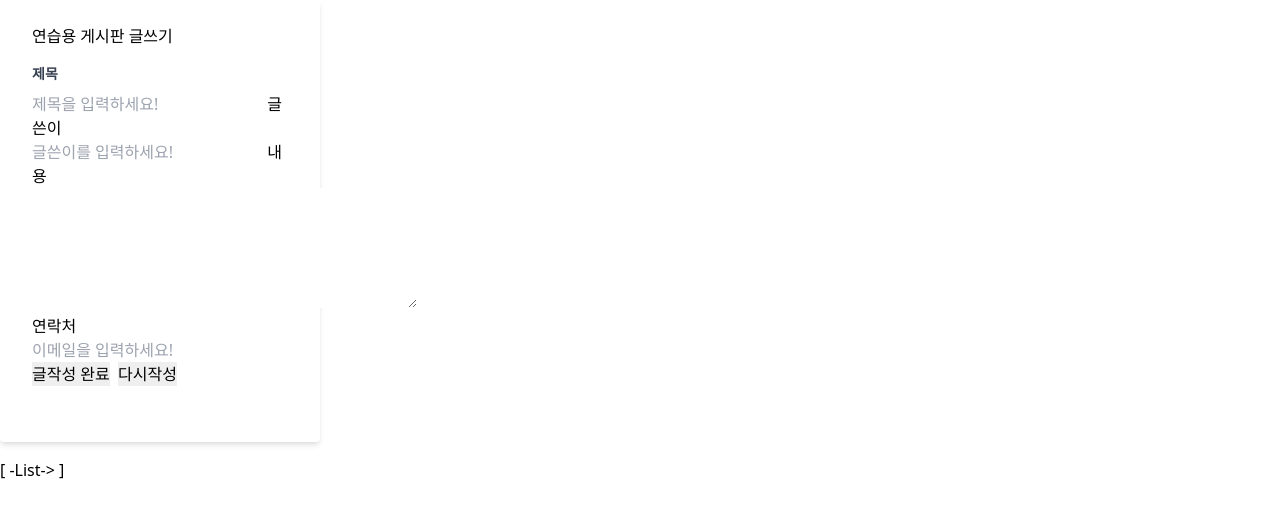
Repository: k0603156/JAVA
Page: http://localhost/StartBoard/test.do?myName=Kimyongkuk
These files come from the project's save history. The page is drawn as it stood at one moment and after the next save; the edit follows.
The browser window is 1280 px wide. The pictures show the whole page.
The page is served by Tomcat 9. Other server files are loaded and not shown.

Above is the page before, as saved 2020-03-12 08:01:31.

### SERVLET/workspace/StartBoard/WebContent/index.jsp
<%@ page language="java" contentType="text/html; charset=UTF-8"
	pageEncoding="UTF-8"%>
<!DOCTYPE html>
<html>
<head>
<meta charset="UTF-8">
<title>Insert title here</title>
</head>
<link href="https://unpkg.com/tailwindcss@^1.0/dist/tailwind.min.css" rel="stylesheet">
<body>
	<!-- <h1>Index.jsp</h1>
	<h1><a href="http://www.naver.com">Naver.com</a></h1>
	<h1><a href="./test.do?myName=Kimyongkuk">이름을 알려주세요~!~!</a></h1> -->
<div class="w-full max-w-xs">
	<form action="./writeSave.do" method="post" class="bg-white shadow-md rounded px-8 pt-6 pb-8 mb-4">
	 <div class="mb-4">
		<td colspan="2" style="text-align: center;">연습용 게시판 글쓰기</td>
	 </div>
	<div class="mb-6">
		<label class="block text-gray-700 text-sm font-bold mb-2" for="title">제목</label>
			<input type="text" placeholder="제목을 입력하세요!" name="title" required >
		<tr>
			<td>글쓴이</td>
			<td><input type="text" placeholder="글쓴이를 입력하세요!" name="author" required></td>
		</tr>
		<tr>
			<td>내용</td>
			<td><textarea cols="40" rows="5" name="content"></textarea></td>
		</tr>
		<tr>
			<td>연락처</td>
			<td><input type="email" placeholder="이메일을 입력하세요!" name="email"></td>
		</tr>
		<tr>
		<td colspan="2" style="text-align: center;">
			<input type="submit" value="글작성 완료">&nbsp;
			<input type="reset" value="다시작성">
		</td>
	</div>
	</div>
	</form>
	<a href="./list.do">[ -List-> ]</a>
	</div>
</body>
</html>

### SERVLET/workspace/StartBoard/src/ctrl/FrontController.java
package ctrl;

import java.io.IOException;
import java.sql.SQLException;

import javax.servlet.RequestDispatcher;
import javax.servlet.ServletException;
import javax.servlet.http.HttpServlet;
import javax.servlet.http.HttpServletRequest;
import javax.servlet.http.HttpServletResponse;

import org.slf4j.Logger;
import org.slf4j.LoggerFactory;

import service.*;

public class FrontController extends HttpServlet{

	private static final long serialVersionUID = 1L;
	private static Logger log = LoggerFactory.getLogger(FrontController.class);
	public FrontController() {}

	@Override
	protected void service(HttpServletRequest req, HttpServletResponse resp) throws ServletException, IOException {
		String uri = req.getRequestURI();
		log.info("uri : " + uri);

		String contextPath = req.getContextPath();
		log.info("context : " + contextPath);

		String path = uri.substring(contextPath.length());
		log.info("path : " + path);

		String targetPage = "";
		Action action = null;

		if (path.equals("/writeSave.do")) {
			action = new InsertAction();
			try {
				action.execute(req, resp);
			} catch (SQLException e) {
				e.printStackTrace();
			}

			targetPage = "list.do";

		}else if(path.equals("/list.do")) {
			action = new ListAction();
			try {
				action.execute(req, resp);
			} catch (SQLException e) {
				e.printStackTrace();
			}

			targetPage = "/list.jsp";

		}else if (path.equals("/detail.do")) {
			action = new DetailAction();
			try {
				action.execute(req, resp);
			} catch (SQLException e) {
				e.printStackTrace();
			}

			targetPage = "/detail.jsp";

		}else if(path.equals("/modify.do")) {
			action = new DetailAction();
			try {
				action.execute(req, resp);
			} catch (SQLException e) {
				e.printStackTrace();
			}

			targetPage = "/modify.jsp";

		}else if(path.equals("/modifySave.do")) {
			action = new ModifyAction();
			try {
				action.execute(req, resp);
			} catch (SQLException e) {
				e.printStackTrace();
			}

			targetPage = "detail.do";

		}else if(path.equals("/delete.do")) {
			action = new DeleteAction();
			try {
				action.execute(req, resp);
			} catch (SQLException e) {
				e.printStackTrace();
			}

			targetPage = "list.do";

		}

		RequestDispatcher requestDispatcher = req.getRequestDispatcher(targetPage);
		requestDispatcher.forward(req, resp);
	}

	@Override
	protected void doGet(HttpServletRequest req, HttpServletResponse resp) throws ServletException, IOException {
		service(req, resp);
	}

	@Override
	protected void doPost(HttpServletRequest req, HttpServletResponse resp) throws ServletException, IOException {
		service(req, resp);
	}



}

After the next save:
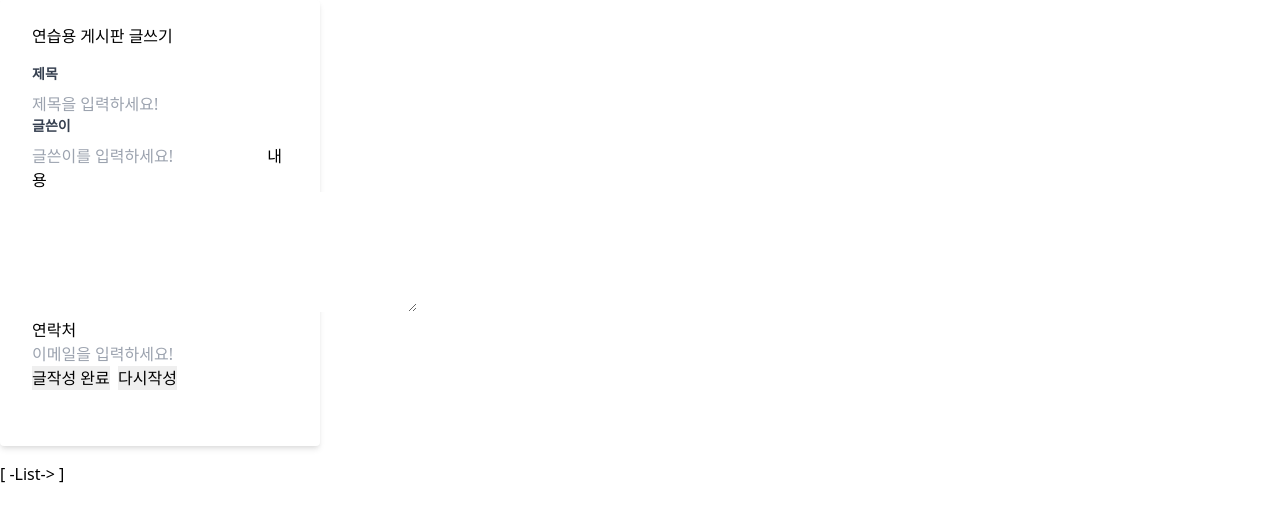
Saved 20 s later.
--- a/SERVLET/workspace/StartBoard/WebContent/index.jsp
+++ b/SERVLET/workspace/StartBoard/WebContent/index.jsp
@@ -20,8 +20,8 @@
 		<label class="block text-gray-700 text-sm font-bold mb-2" for="title">제목</label>
 			<input type="text" placeholder="제목을 입력하세요!" name="title" required >
 		<tr>
-			<td>글쓴이</td>
-			<td><input type="text" placeholder="글쓴이를 입력하세요!" name="author" required></td>
+			<label class="block text-gray-700 text-sm font-bold mb-2" for="author">글쓴이</label>
+			<input type="text" placeholder="글쓴이를 입력하세요!" name="author" required>
 		</tr>
 		<tr>
 			<td>내용</td>
